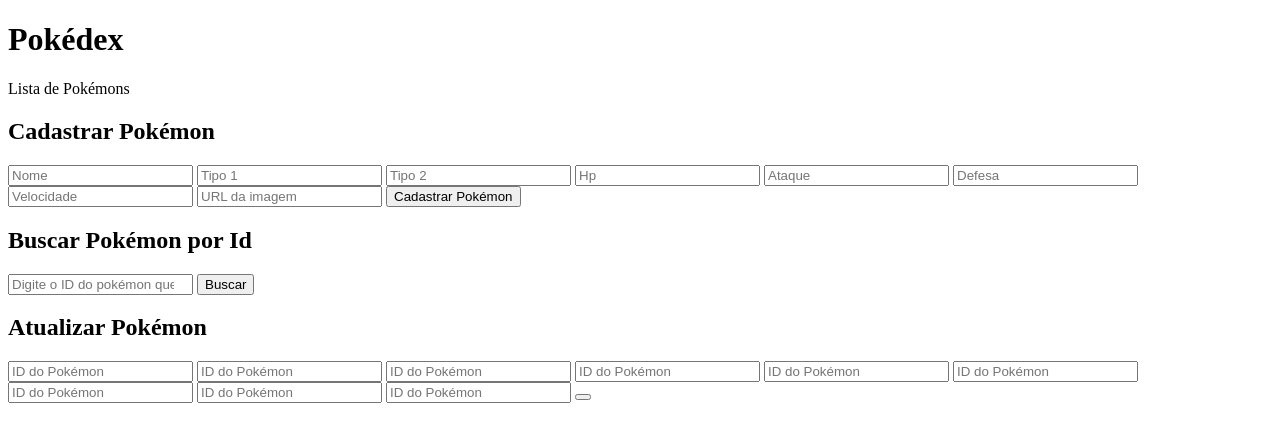
Repository: arthurSchgg/pokedex
Page: front-end/index.html
These files come from the project's save history. The page is drawn as it stood at one moment and after a run of saves; the edit follows.
The browser window is 1280 px wide. The pictures show the whole page.
The page's requests for data from a server got no answer.

Above is the page before, as saved 2026-10-01 16:05:40.

After the next 3 saves:
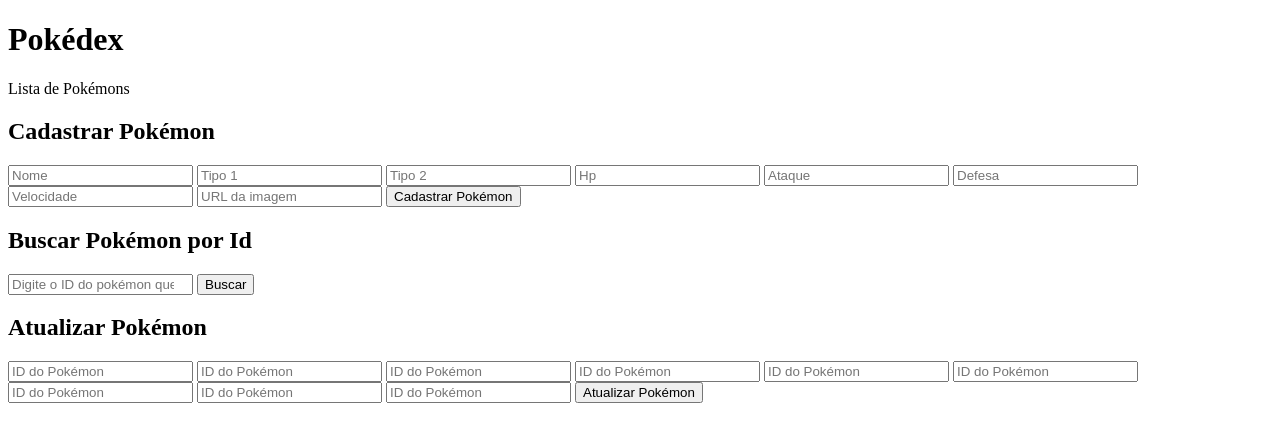
The 3 saves are shown as one change because they came seconds apart.
The last was saved 12 s later.
--- a/front-end/index.html
+++ b/front-end/index.html
@@ -120,7 +120,9 @@
                 required
             >
 
-            <button></button>
+            <button type="submit">
+                Atualizar Pokémon
+            </button>
         </form>
     </div>
 
